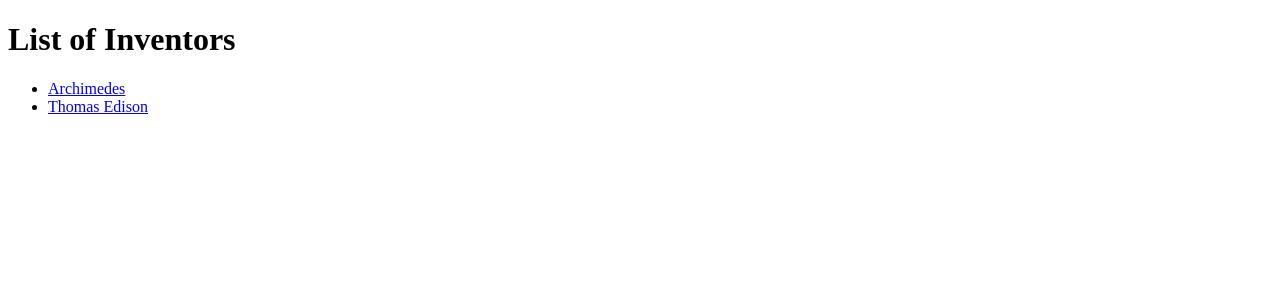
Repository: tomahawk2811/europe-website
Page: inventors.html
These files come from the project's save history. The page is drawn as it stood at one moment and after the next save; the edit follows.
The browser window is 1280 px wide. The pictures show the whole page.

Above is the page before, as saved 2023-09-06 17:43:10.

After the next save:
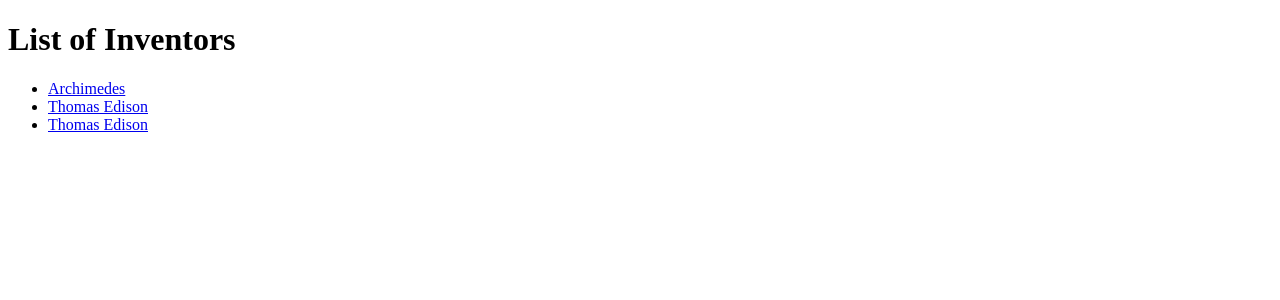
Saved 16 s later.
--- a/inventors.html
+++ b/inventors.html
@@ -13,6 +13,7 @@
     <h1>List of Inventors</h1>
     <ul id="inventors-list">
         <li><a href="#" onclick="showInventor('archimedes')">Archimedes</a></li>
+        <li><a href="#" onclick="showInventor('thomasEdison')">Thomas Edison</a></li>
         <li><a href="#" onclick="showInventor('thomasEdison')">Thomas Edison</a></li>
         <!-- Add more inventors to the list with their respective onclick events -->
     </ul>
